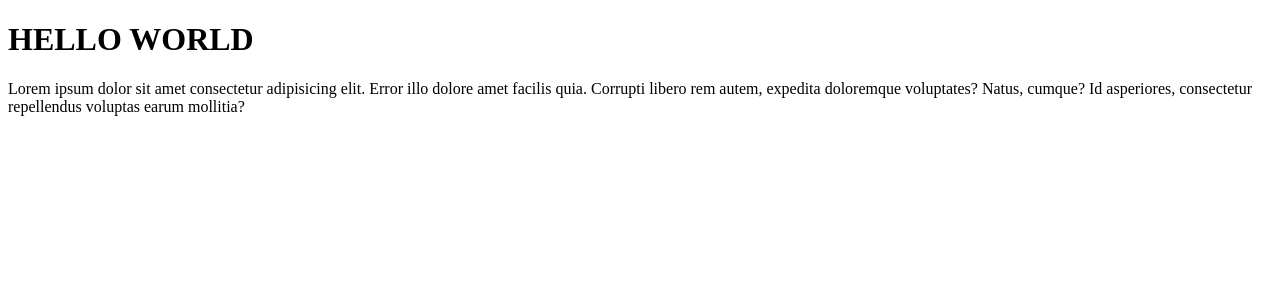
Repository: Deka-al/helloworld
Page: helloworld.html
These files come from the project's save history. The page is drawn as it stood at one moment and after the next save; the edit follows.
The browser window is 1280 px wide. The pictures show the whole page.

Above is the page before, as saved 2026-04-06 09:34:25.

After the next save:
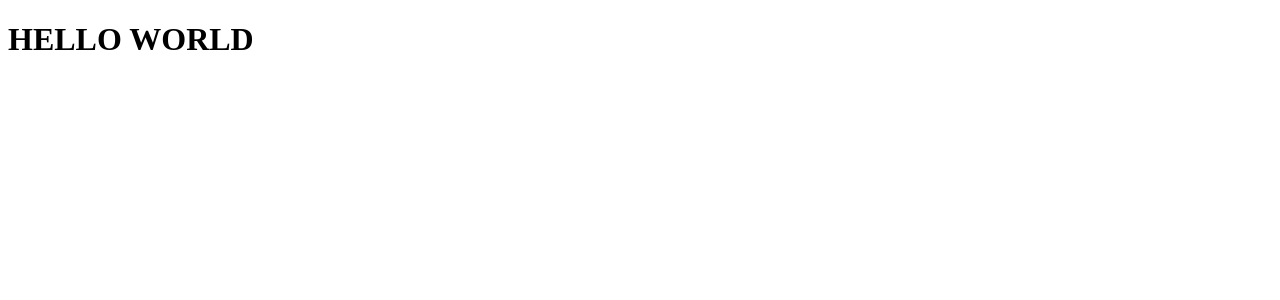
Saved 2 min 55 s later.
--- a/helloworld.html
+++ b/helloworld.html
@@ -7,6 +7,6 @@
 </head>
 <body>
     <h1>HELLO WORLD</h1>
-    <p>Lorem ipsum dolor sit amet consectetur adipisicing elit. Error illo dolore amet facilis quia. Corrupti libero rem autem, expedita doloremque voluptates? Natus, cumque? Id asperiores, consectetur repellendus voluptas earum mollitia?</p>
+    <p></p>
 </body>
 </html>
